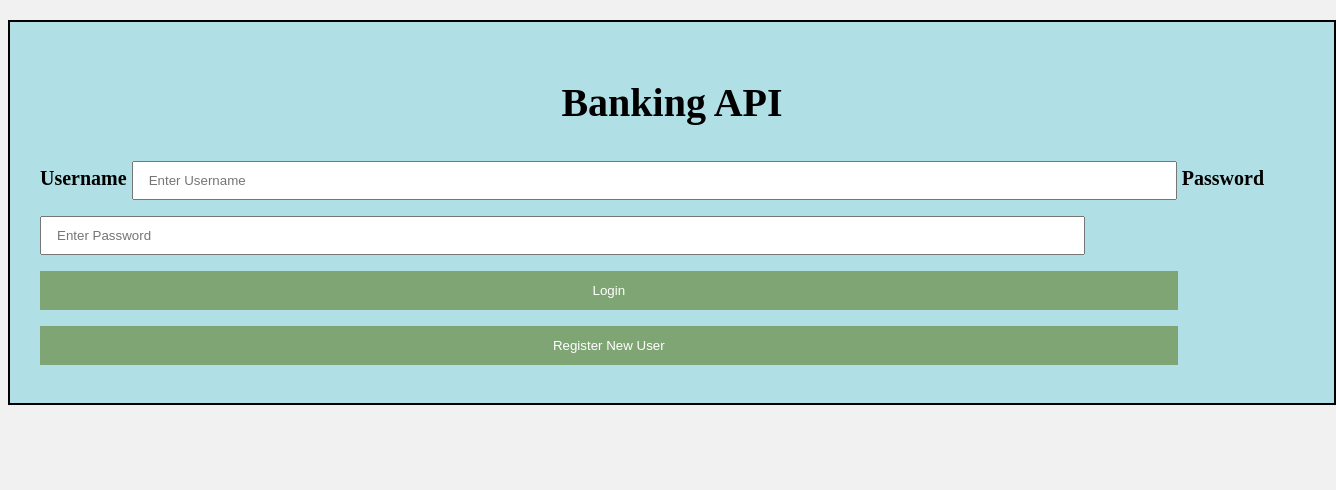
Repository: kennyufish/Revature_ROCP1_Project_Banking_API
Page: banking_api/src/main/webapp/index.html
The author's editor kept a copy of each file at every save. The page is drawn from the files as they stood at one save, then again after the next save.
The browser window is 1280 px wide. The page is 1336 px wide, then 1280 px, so the pictures cover 1336 px, including what lies to the right of the window. The pictures show the whole page.

Above is the page before, as saved 2020-10-10 05:01:31.

After the next save:
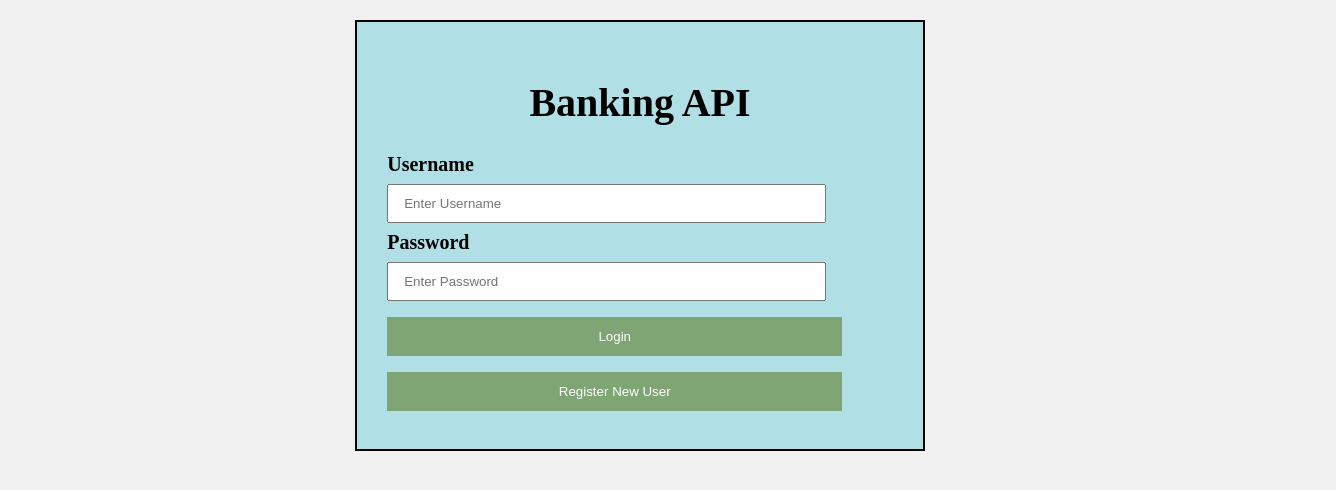
Saved 7 s later.
--- a/banking_api/src/main/webapp/index.html
+++ b/banking_api/src/main/webapp/index.html
@@ -17,7 +17,7 @@
 	background-color: powderblue;
 	border: 2px solid black;
 	padding: 30px;
-	width: 100%;
+	width: 40%;
 	margin: 20px auto;
 }
 input[type=text],input[type=password]{
